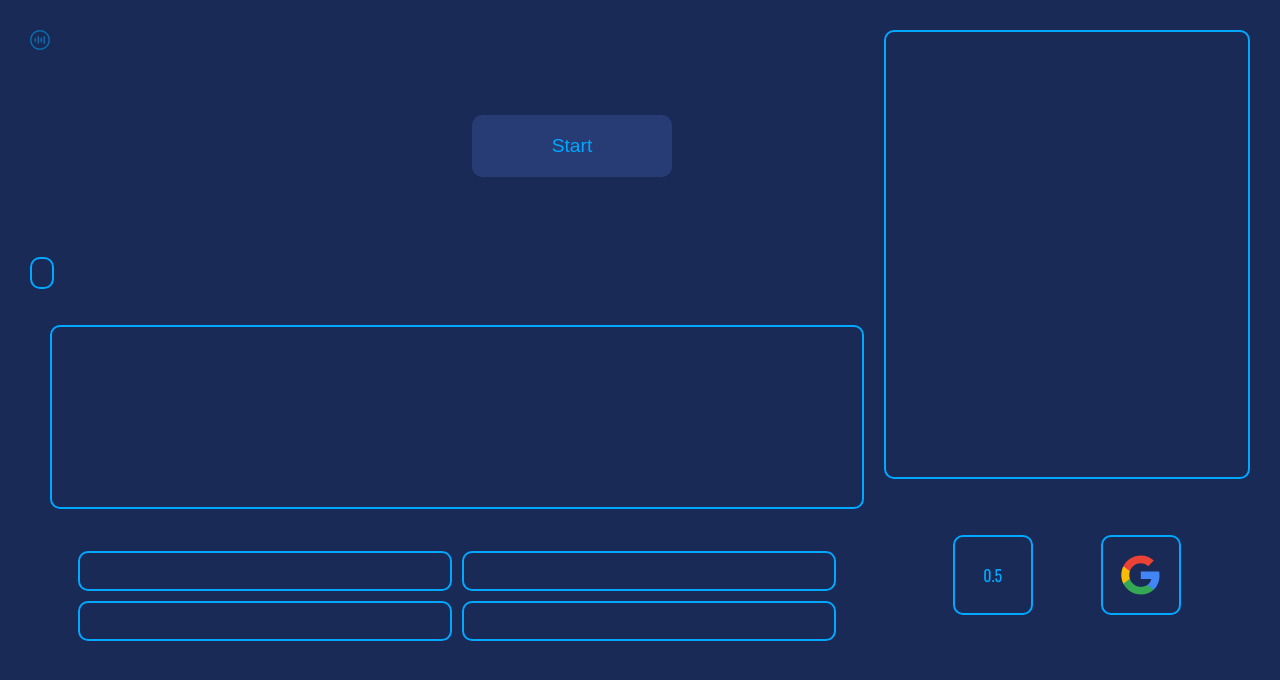
Repository: abdelrahmanahmed20021/Quiz-Platform
Page: index.html
These files come from the project's save history. The page is drawn as it stood at one moment and after the next save; the edit follows.
The browser window is 1280 px wide. The pictures show the whole page.

Above is the page before, as saved 2023-01-11 17:22:45.
Console error: TypeError: Cannot read properties of null (reading 'addEventListener')

After the next save:
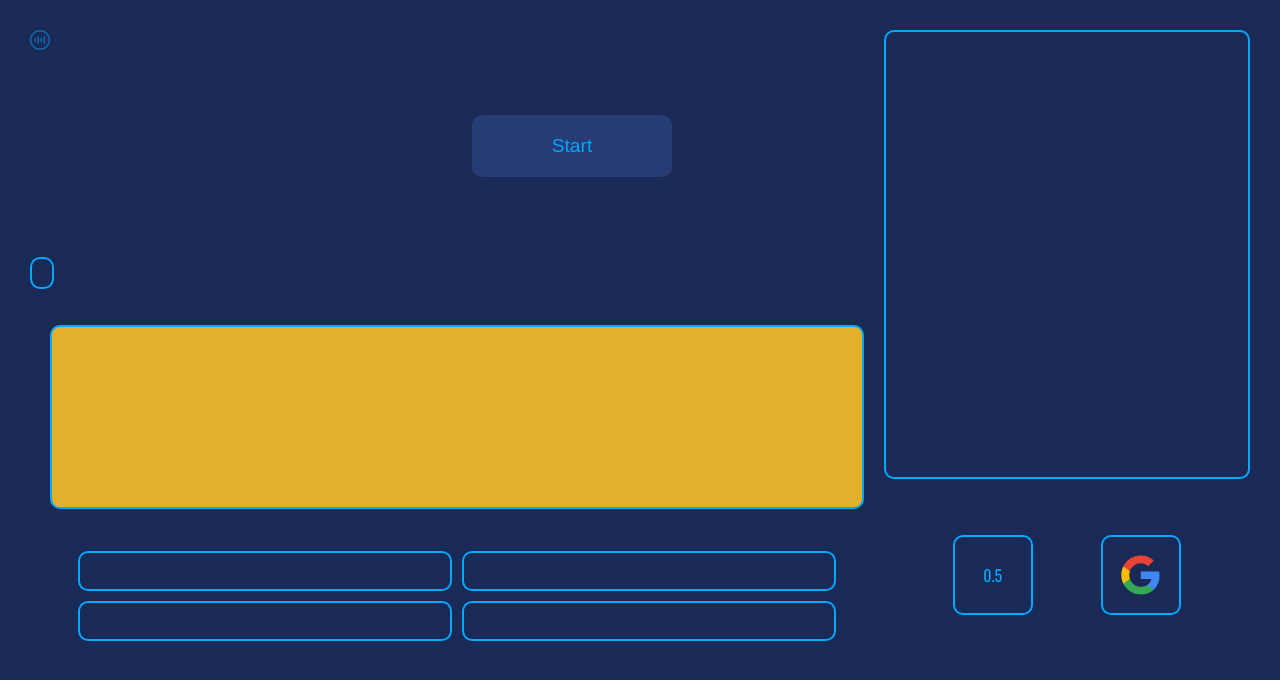
Saved 7 s later.
--- a/styles/index.css
+++ b/styles/index.css
@@ -164,6 +164,7 @@ body>section .container_1 .quest_content .quset_cont {
     flex-wrap: wrap;
     justify-content: space-between;
     gap: 10px;
+    background-color: #e1b12c;
 }
 body>section .container_1 .quest_content .quset_cont img{
     width: 400px;
